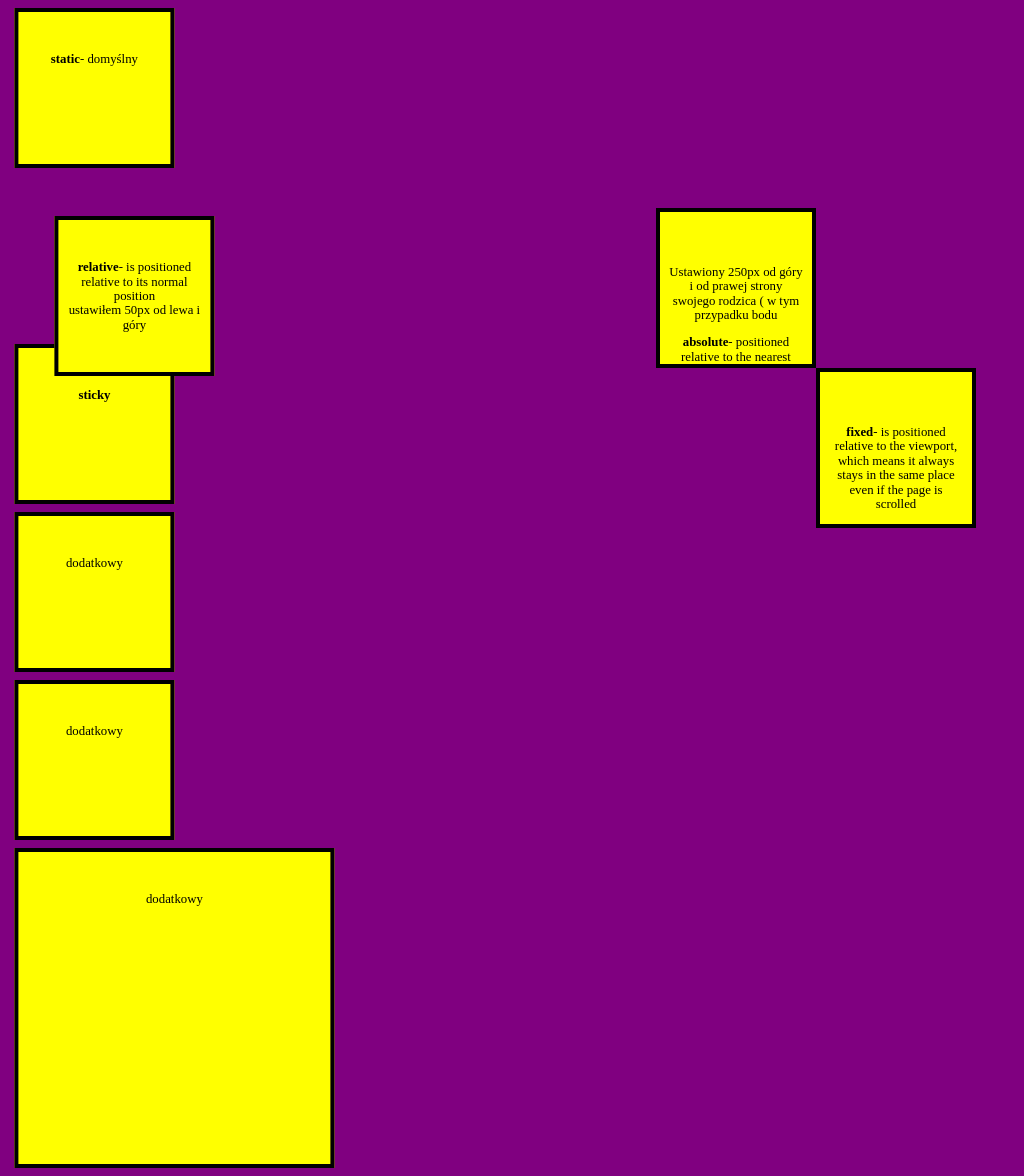
Repository: quenrythane/homepage
Page: CSS positions/CSS-positions.html
An editor plug-in stored every save of this project. The page is shown before and after the next save, followed by the edit.
The browser window is 1280 px wide. The pictures show the whole page, at 80% of full size.

Above is the page before, as saved 2020-10-11 04:02:14.

After the next save:
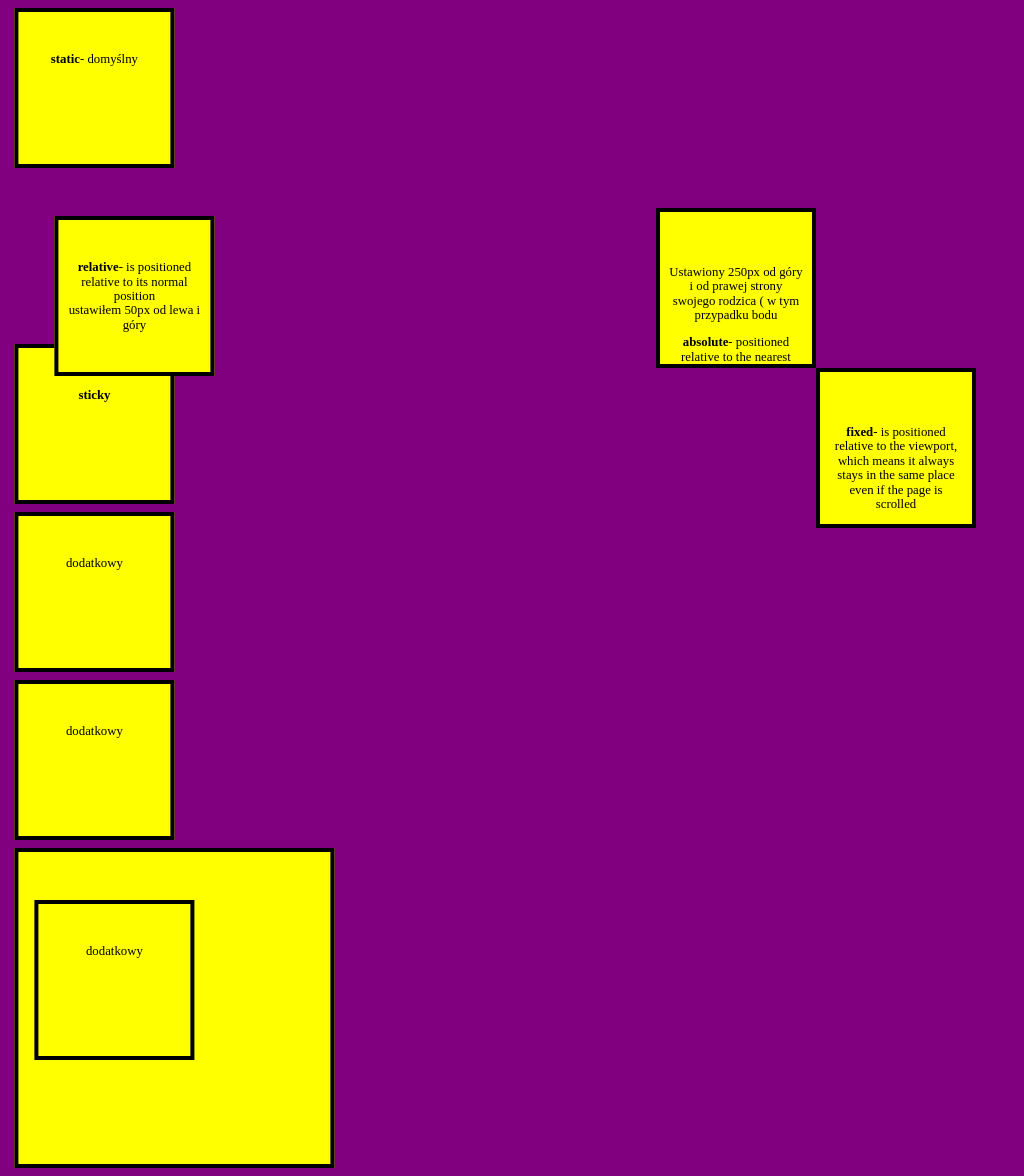
Saved 14 s later.
--- a/CSS positions/CSS-positions.html
+++ b/CSS positions/CSS-positions.html
@@ -26,7 +26,7 @@
 
     <div class="box">dodatkowy</div>
     <div class="box">dodatkowy</div>
-    <div class="box box2">dodatkowy</div>
+    <div class="box box2"><div class="box">dodatkowy</div></div>
 
 </body>
 </html>
